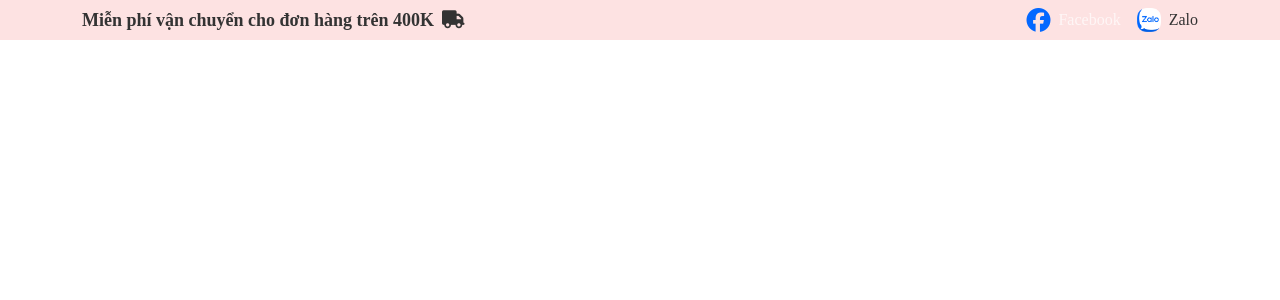
Repository: hoang28092000/kim-store
Page: index.html
The author's editor kept a copy of each file at every save. The page is drawn from the files as they stood at one save, then again after the next save.
The browser window is 1280 px wide. The pictures show the whole page.
Some web libraries are served in a nearby version.

Above is the page before, as saved 2024-10-31 21:52:59.

After the next save:
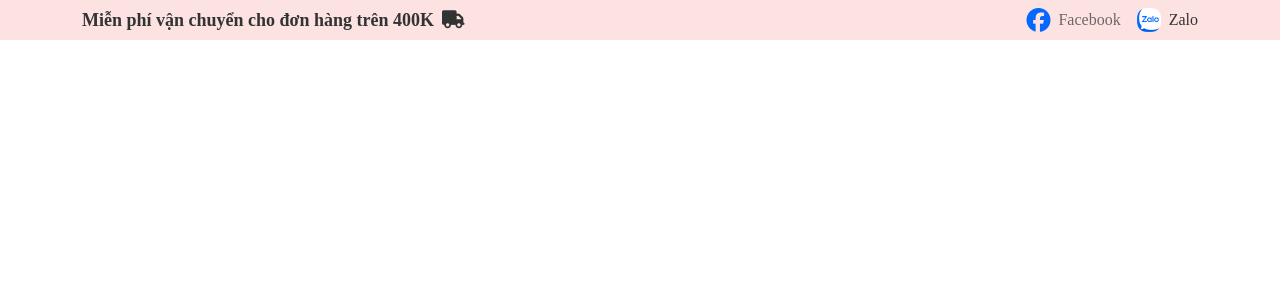
Saved 4 s later.
--- a/asset/style.css
+++ b/asset/style.css
@@ -46,8 +46,8 @@
 }
 .top_header .txt-fb {
     opacity: 0.7;
+
+}
+.top_header .txt-zalo :hover{
     color: #fff;
 }
-.top_header .txt-zalo :hover{
-
-}
